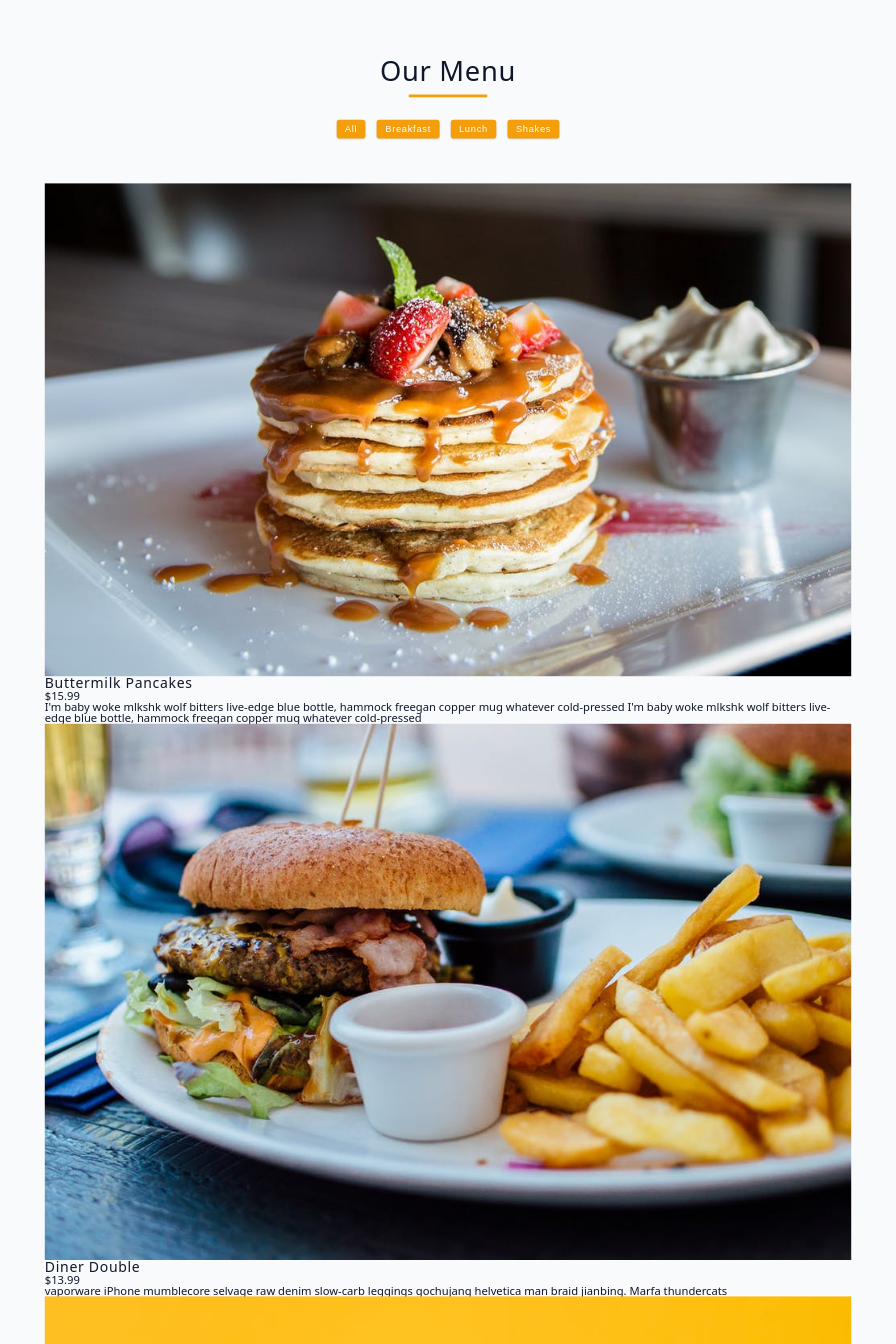
Repository: dydals3440/React-Projects
Page: / (app in 04-fundamental-projects/05-menu/starter/)
An editor plug-in stored every save of this project. The page is shown before and after the next save, followed by the edit.
The browser window is 1280 px wide. The pictures show the part of the page from y = 0 to 1920 px (the page is 8346 px tall before and 8137 px after), at 70% of full size.
The project was rebuilt for these pictures with package versions that can differ from the ones it lists, and the page was loaded fresh each time. Also part of the build but not shown: 04-fundamental-projects/05-menu/starter/vite.config.js.

Above is the page before, as saved 2023-09-07 13:53:05.

### 04-fundamental-projects/05-menu/starter/src/App.jsx
import { useState } from 'react';
import Title from './Title';
import menu from './data';
import Menu from './Menu';
import Categories from './Categories';

// const tempCategories = menu.map((item) => item.category);
// // 중복된 카테고리를 제외!
// const tempSet = new Set(tempCategories);
// const tempItems = ['all', ...tempSet];
// console.log(tempItems);

const allCategories = ['all', ...new Set(menu.map((item) => item.category))];

const App = () => {
  const [menuItems, setMenuItems] = useState(menu);
  const [categories, setCategories] = useState(allCategories);
  const filterItems = (category) => {
    if (category === 'all') {
      setMenuItems(menu);
      return;
    }
    const newItems = menu.filter((item) => item.category === category);
    setMenuItems(newItems);
  };

  return (
    <main>
      <section className='menu'>
        <Title text='our menu' />
        <Categories categories={categories} filterItems={filterItems} />
        <Menu items={menuItems} />
      </section>
    </main>
  );
};
export default App;

### 04-fundamental-projects/05-menu/starter/src/index.css
/* ============= GLOBAL CSS =============== */

*,
::after,
::before {
  margin: 0;
  padding: 0;
  box-sizing: border-box;
}

html {
  font-size: 100%;
} /*16px*/

:root {
  /* colors */
  --primary-100: #fef3c7;
  --primary-200: #fde68a;
  --primary-300: #fcd34d;
  --primary-400: #fbbf24;
  --primary-500: #f59e0b;
  --primary-600: #d97706;
  --primary-700: #b45309;
  --primary-800: #92400e;
  --primary-900: #78350f;

  /* grey */
  --grey-50: #f8fafc;
  --grey-100: #f1f5f9;
  --grey-200: #e2e8f0;
  --grey-300: #cbd5e1;
  --grey-400: #94a3b8;
  --grey-500: #64748b;
  --grey-600: #475569;
  --grey-700: #334155;
  --grey-800: #1e293b;
  --grey-900: #0f172a;
  /* rest of the colors */
  --black: #222;
  --white: #fff;
  --red-light: #f8d7da;
  --red-dark: #842029;
  --green-light: #d1e7dd;
  --green-dark: #0f5132;

  --small-text: 0.875rem;
  --extra-small-text: 0.7em;
  /* rest of the vars */
  --backgroundColor: var(--grey-50);
  --textColor: var(--grey-900);
  --borderRadius: 0.25rem;
  --letterSpacing: 1px;
  --transition: 0.3s ease-in-out all;
  --max-width: 1120px;
  --fixed-width: 600px;

  /* box shadow*/
  --shadow-1: 0 1px 3px 0 rgba(0, 0, 0, 0.1), 0 1px 2px 0 rgba(0, 0, 0, 0.06);
  --shadow-2: 0 4px 6px -1px rgba(0, 0, 0, 0.1),
    0 2px 4px -1px rgba(0, 0, 0, 0.06);
  --shadow-3: 0 10px 15px -3px rgba(0, 0, 0, 0.1),
    0 4px 6px -2px rgba(0, 0, 0, 0.05);
  --shadow-4: 0 20px 25px -5px rgba(0, 0, 0, 0.1),
    0 10px 10px -5px rgba(0, 0, 0, 0.04);
}

body {
  background: var(--backgroundColor);
  font-family: system-ui, -apple-system, BlinkMacSystemFont, 'Segoe UI', Roboto,
    Oxygen, Ubuntu, Cantarell, 'Open Sans', 'Helvetica Neue', sans-serif;
  font-weight: 400;
  line-height: 1;
  color: var(--textColor);
}
p {
  margin: 0;
}
h1,
h2,
h3,
h4,
h5 {
  margin: 0;
  font-family: var(--headingFont);
  font-weight: 400;
  line-height: 1;
  text-transform: capitalize;
  letter-spacing: var(--letterSpacing);
}

h1 {
  font-size: 3.052rem;
}

h2 {
  font-size: 2.441rem;
}

h3 {
  font-size: 1.953rem;
}

h4 {
  font-size: 1.563rem;
}

h5 {
  font-size: 1.25rem;
}

.text {
  margin-bottom: 1.5rem;
  max-width: 40em;
}

small,
.text-small {
  font-size: var(--small-text);
}

a {
  text-decoration: none;
}
ul {
  list-style-type: none;
  padding: 0;
}

.img {
  width: 100%;
  display: block;
  object-fit: cover;
}
/* buttons */

.btn {
  cursor: pointer;
  color: var(--white);
  background: var(--primary-500);
  border: transparent;
  border-radius: var(--borderRadius);
  letter-spacing: var(--letterSpacing);
  padding: 0.375rem 0.75rem;
  box-shadow: var(--shadow-1);
  transition: var(--transition);
  text-transform: capitalize;
  display: inline-block;
}
.btn:hover {
  background: var(--primary-700);
  box-shadow: var(--shadow-3);
}
.btn-hipster {
  color: var(--primary-500);
  background: var(--primary-200);
}
.btn-hipster:hover {
  color: var(--primary-200);
  background: var(--primary-700);
}
.btn-block {
  width: 100%;
}

/* alerts */
.alert {
  padding: 0.375rem 0.75rem;
  margin-bottom: 1rem;
  border-color: transparent;
  border-radius: var(--borderRadius);
}

.alert-danger {
  color: var(--red-dark);
  background: var(--red-light);
}
.alert-success {
  color: var(--green-dark);
  background: var(--green-light);
}
/* form */

.form {
  width: 90vw;
  max-width: var(--fixed-width);
  background: var(--white);
  border-radius: var(--borderRadius);
  box-shadow: var(--shadow-2);
  padding: 2rem 2.5rem;
  margin: 3rem auto;
}
.form-label {
  display: block;
  font-size: var(--small-text);
  margin-bottom: 0.5rem;
  text-transform: capitalize;
  letter-spacing: var(--letterSpacing);
}
.form-input,
.form-textarea {
  width: 100%;
  padding: 0.375rem 0.75rem;
  border-radius: var(--borderRadius);
  background: var(--backgroundColor);
  border: 1px solid var(--grey-200);
}

.form-row {
  margin-bottom: 1rem;
}

.form-textarea {
  height: 7rem;
}
::placeholder {
  font-family: inherit;
  color: var(--grey-400);
}
.form-alert {
  color: var(--red-dark);
  letter-spacing: var(--letterSpacing);
  text-transform: capitalize;
}
/* alert */

@keyframes spinner {
  to {
    transform: rotate(360deg);
  }
}

.loading {
  width: 6rem;
  height: 6rem;
  border: 5px solid var(--grey-400);
  border-radius: 50%;
  border-top-color: var(--primary-500);
  animation: spinner 0.6s linear infinite;
  margin: 0 auto;
}

/* title */

.title {
  text-align: center;
}

.title-underline {
  background: var(--primary-500);
  width: 7rem;
  height: 0.25rem;
  margin: 0 auto;
  margin-top: 1rem;
}
/* ============= PROJECT CSS =============== */
.menu {
  padding: 5rem 0;
}

.btn-container {
  margin: 2rem 0 4rem 0;
  display: flex;
  justify-content: center;
  flex-wrap: wrap;
  gap: 1rem;
}

.section-center {
  width: 90vw;
  margin: 0 auto;
}

### 04-fundamental-projects/05-menu/starter/src/Title.jsx
function Title({ text }) {
  return (
    <div className='title'>
      <h2>{text || 'Default Title'}</h2>
      <div className='title-underline'></div>
    </div>
  );
}

export default Title;

### 04-fundamental-projects/05-menu/starter/src/data.js
const menu = [
  {
    id: 1,
    title: 'buttermilk pancakes',
    category: 'breakfast',
    price: 15.99,
    img: '/images/item-1.jpeg',
    desc: `I'm baby woke mlkshk wolf bitters live-edge blue bottle, hammock freegan copper mug whatever cold-pressed I'm baby woke mlkshk wolf bitters live-edge blue bottle, hammock freegan copper mug whatever cold-pressed `,
  },
  {
    id: 2,
    title: 'diner double',
    category: 'lunch',
    price: 13.99,
    img: '/images/item-2.jpeg',
    desc: `vaporware iPhone mumblecore selvage raw denim slow-carb leggings gochujang helvetica man braid jianbing. Marfa thundercats `,
  },
  {
    id: 3,
    title: 'godzilla milkshake',
    category: 'shakes',
    price: 6.99,
    img: '/images/item-3.jpeg',
    desc: `ombucha chillwave fanny pack 3 wolf moon street art photo booth before they sold out organic viral.`,
  },
  {
    id: 4,
    title: 'country delight',
    category: 'breakfast',
    price: 20.99,
    img: '/images/item-4.jpeg',
    desc: `Shabby chic keffiyeh neutra snackwave pork belly shoreditch. Prism austin mlkshk truffaut, `,
  },
  {
    id: 5,
    title: 'egg attack',
    category: 'lunch',
    price: 22.99,
    img: '/images/item-5.jpeg',
    desc: `franzen vegan pabst bicycle rights kickstarter pinterest meditation farm-to-table 90's pop-up `,
  },
  {
    id: 6,
    title: 'oreo dream',
    category: 'shakes',
    price: 18.99,
    img: '/images/item-6.jpeg',
    desc: `Portland chicharrones ethical edison bulb, palo santo craft beer chia heirloom iPhone everyday`,
  },
  {
    id: 7,
    title: 'bacon overflow',
    category: 'breakfast',
    price: 8.99,
    img: '/images/item-7.jpeg',
    desc: `carry jianbing normcore freegan. Viral single-origin coffee live-edge, pork belly cloud bread iceland put a bird `,
  },
  {
    id: 8,
    title: 'american classic',
    category: 'lunch',
    price: 12.99,
    img: '/images/item-8.jpeg',
    desc: `on it tumblr kickstarter thundercats migas everyday carry squid palo santo leggings. Food truck truffaut  `,
  },
  {
    id: 9,
    title: 'quarantine buddy',
    category: 'shakes',
    price: 16.99,
    img: '/images/item-9.jpeg',
    desc: `skateboard fam synth authentic semiotics. Live-edge lyft af, edison bulb yuccie crucifix microdosing.`,
  },
];
export default menu;

### 04-fundamental-projects/05-menu/starter/src/Menu.jsx
import MenuItem from './MenuItem';

const Menu = ({ items }) => {
  return (
    <div className='section-center'>
      {items.map((menuItem) => {
        return <MenuItem key={menuItem.id} {...menuItem} />;
      })}
    </div>
  );
};

export default Menu;

### 04-fundamental-projects/05-menu/starter/src/Categories.jsx
const Categories = ({ categories, filterItems }) => {
  return (
    <div className='btn-container'>
      {categories.map((category) => {
        return (
          <button
            type='button'
            className='btn'
            key={category}
            // 카테고리를 통과해야하기 떄문에 화살표함수 기능을 제공해야함.
            onClick={() => filterItems(category)}
          >
            {category}
          </button>
        );
      })}
    </div>
  );
};

export default Categories;

### 04-fundamental-projects/05-menu/starter/src/MenuItem.jsx
const MenuItem = ({ img, title, price, desc }) => {
  return (
    <article className='menu-item'>
      <img src={img} alt={title} className='img' />
      <div className='item-info'>
        <header>
          <h5>{title}</h5>
          <span className='item-price'>${price}</span>
        </header>
        <p className='item-text'>{desc}</p>
      </div>
    </article>
  );
};

export default MenuItem;

Loaded but not shown: 04-fundamental-projects/05-menu/starter/index.html (common file); 04-fundamental-projects/05-menu/starter/src/main.jsx (common file)

After the next save:
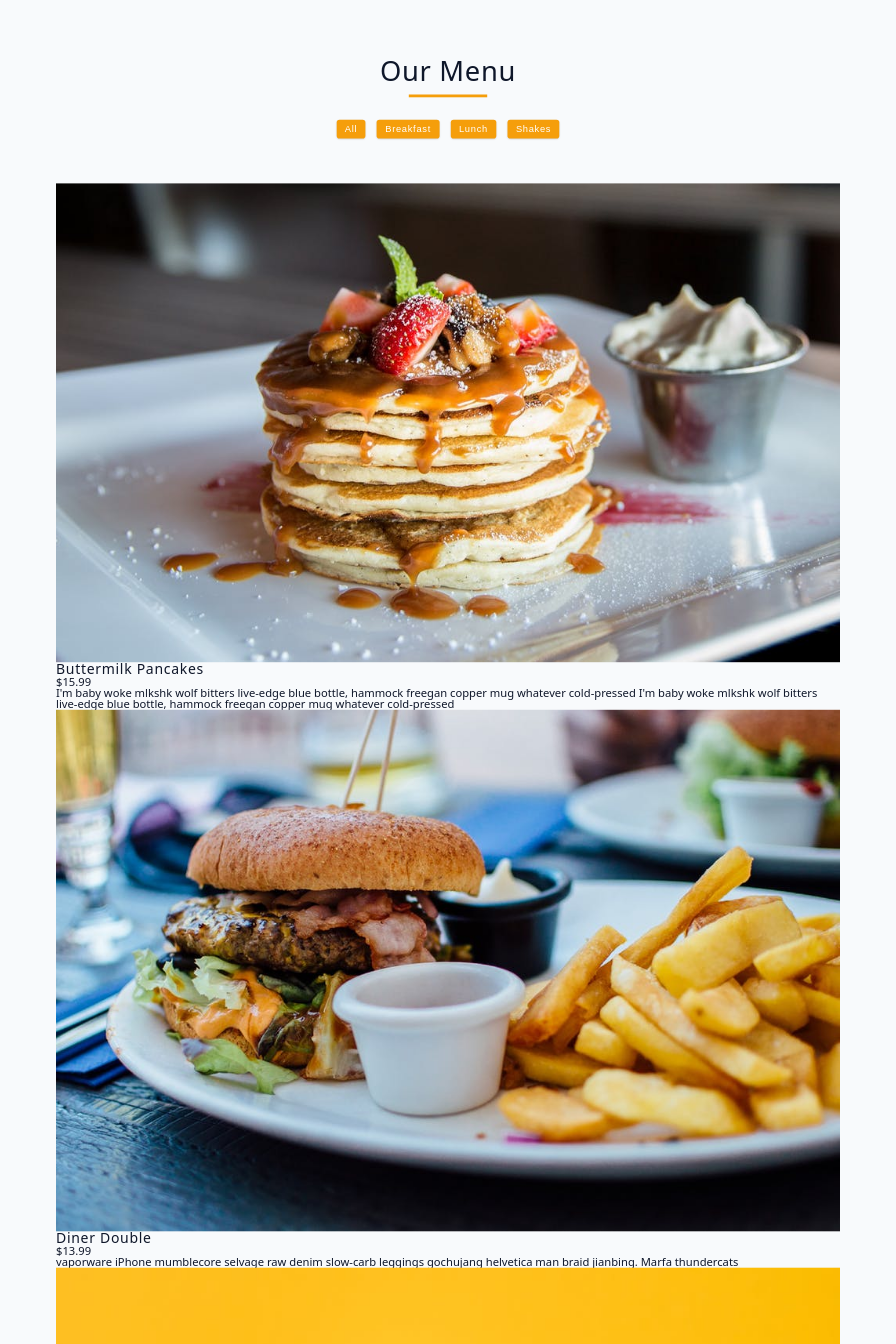
Saved 2 min 23 s later.
--- a/04-fundamental-projects/05-menu/starter/src/index.css
+++ b/04-fundamental-projects/05-menu/starter/src/index.css
@@ -268,4 +268,5 @@ ul {
 .section-center {
   width: 90vw;
   margin: 0 auto;
-}
+  max-width: var(--max-width);
+}
